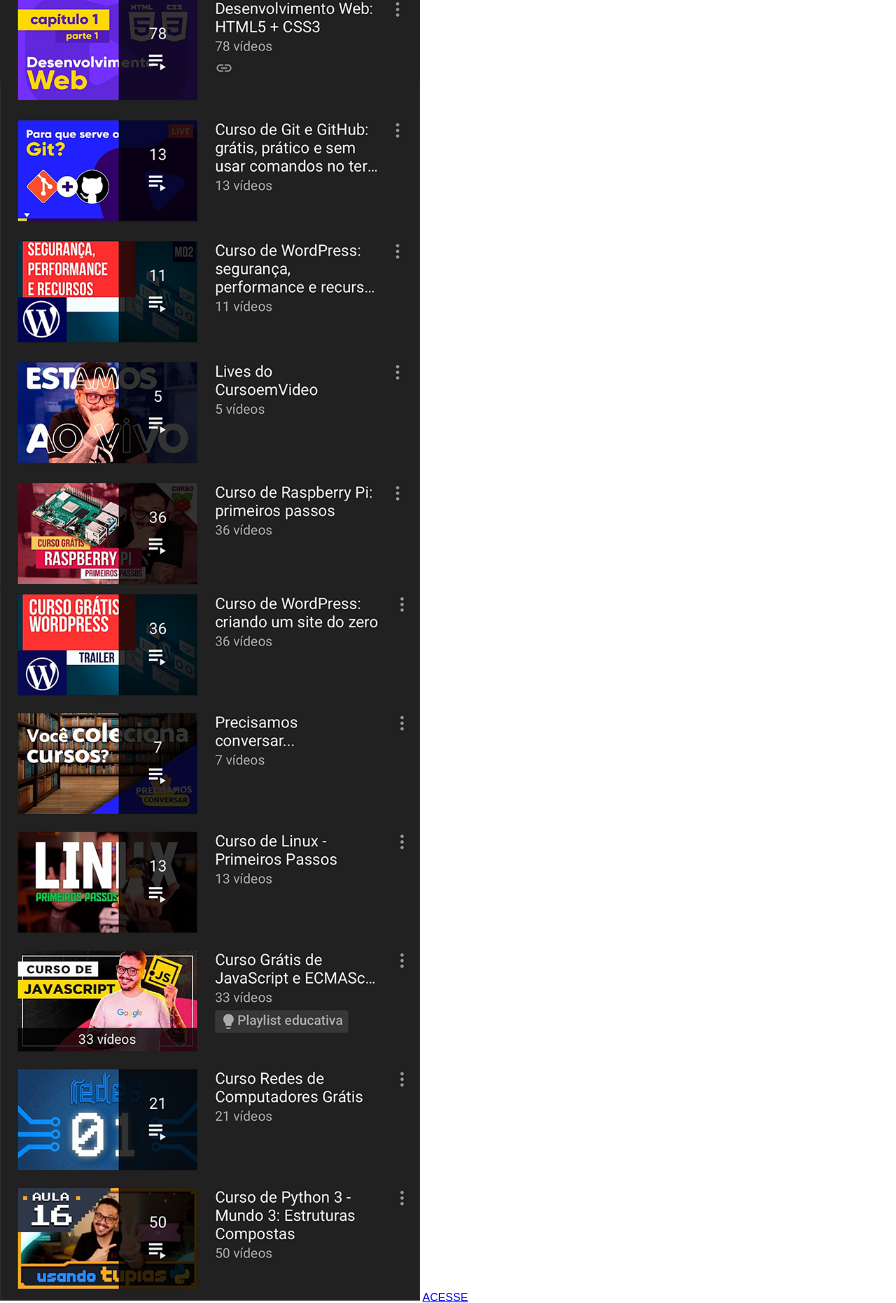
Repository: DorivalJunior14/Projeto-social
Page: youtube.html
An editor plug-in stored every save of this project. The page is shown before and after the next save, followed by the edit.
The browser window is 1280 px wide. The pictures show the part of the page from y = 1113 to 3033 px (the page is 2975 px tall before and 3033 px after), at 70% of full size.

Above is the page before, as saved 2022-07-01 15:43:19.

### youtube.html
<!DOCTYPE html>
<html lang="pt-br">
<head>
    <meta charset="UTF-8">
    <meta name="viewport" content="width=device-width, initial-scale=1.0">
    <title>YouTube</title>
    <style>
        * {
            margin: 0px;
            padding: 0px;
            font-family: Arial, Helvetica, sans-serif;
        }
        ::-webkit-scrollbar {
            width: 0px;
            height: 0px;
        }
      <img src="imagens/tela-youtube.png" alt="YouTube">
      a {
        display: block;
        background-color: rgba(165, 42, 42, 0.915);
        color: white;
        padding: 20px;
        text-align: center;
        font-weight: bolder;
        text-decoration: none;



      }
    </style>
</head>
<body>
    <img src="imagens/tela-youtube.png" alt="YouTube">
    <a href="https://www.youtube.com/user/cursoemvideo/playlist" target="_blank">ACESSE</a>
</body>
</html>

After the next save:
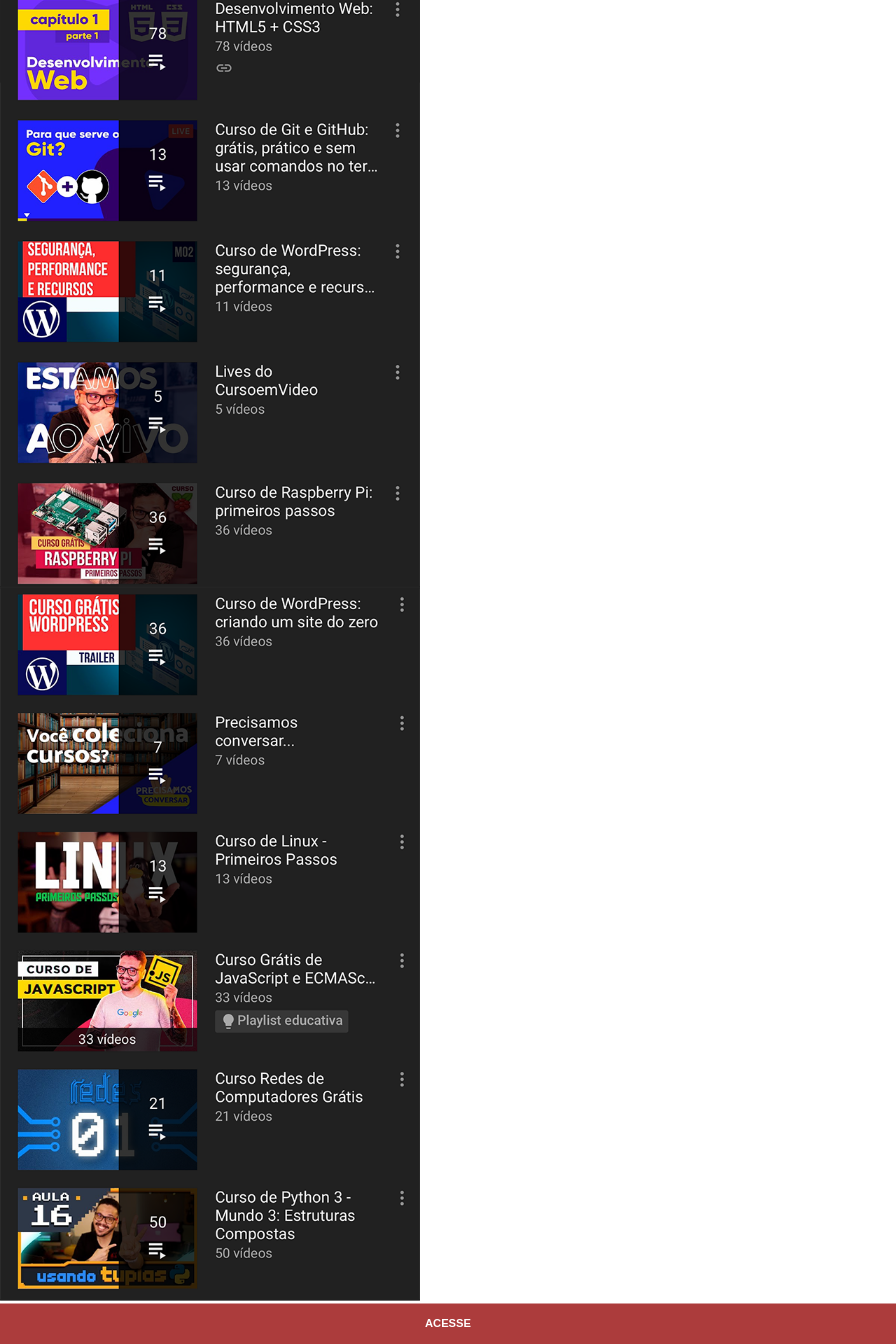
Saved 87 s later.
--- a/youtube.html
+++ b/youtube.html
@@ -14,7 +14,7 @@
             width: 0px;
             height: 0px;
         }
-      <img src="imagens/tela-youtube.png" alt="YouTube">
+
       a {
         display: block;
         background-color: rgba(165, 42, 42, 0.915);
